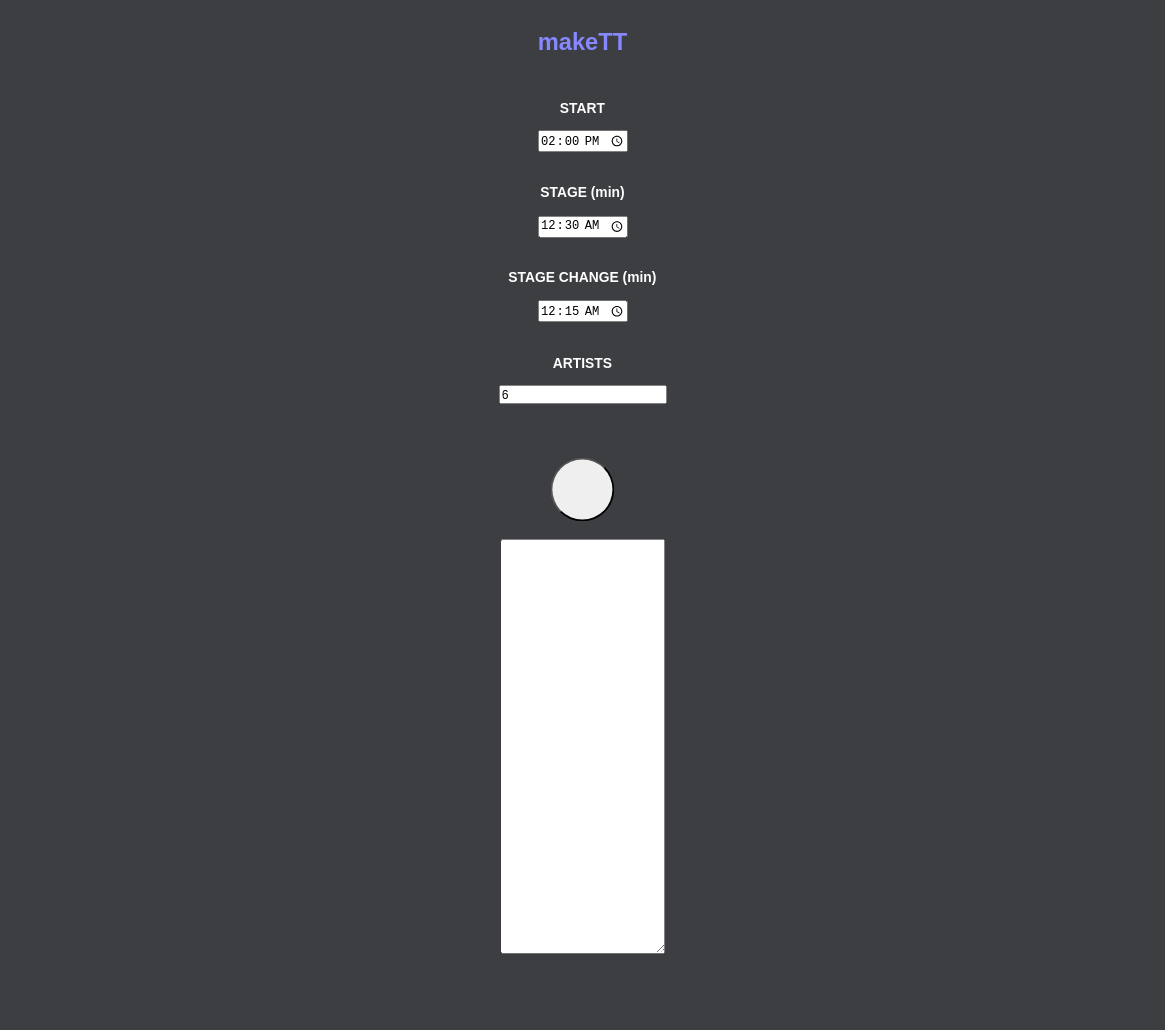
Repository: llll-7/makeTT
Page: index.html
The author's editor kept a record of every edit. The page is drawn from the files as they stood at one moment, then again after the next edit.
The browser window is 1280 px wide. The pictures show the whole page, at 91% of full size.

Above is the page before.

### index.html
<!DOCTYPE html>
<html lang="en">
<head>
    <meta charset="UTF-8">
    <meta name="viewport" content="width=device-width, initial-scale=1.0">
    <meta http-equiv="X-UA-Compatible" content="ie=edge">
    <title>makeTT</title>
    <link rel="stylesheet" href="stylesheet.css">
</head>
<body>
    <div id="wrapper">
        <div id="layout">
            <form name="myform">
                <br>
                <h1 class="makett">makeTT</h1><br>
                <h3 class="white">START</h3>
                <input type="time" id="start" value="14:00"><br><br>
                <h3 class="white">STAGE (min)</h3>
                <input type="time" min="0" id="stage" value="00:30"/><br><br>
                <h3 class="white">STAGE CHANGE (min)</h3>
                <input type="time" min="0" id="change" value="00:15"/><br><br>
                <h3 class="white">ARTISTS</h3>
                <input type="number" min="0" id="artists" value="6"/><br><br><br><br>
                <!--http://web-dsn.com/css/submitbtn_img/-->
                <input type="button" class="button" id="make" value=""></input><br><br>
                <textarea id="tt" rows=30></textarea><br><br><br><br>

            </form>

            <script>

                document.getElementById("make").onclick = function() {

                    const start = document.forms.myform.start.value;
                    const stage = document.forms.myform.stage.value;
                    const change = document.forms.myform.change.value;
                    const artists = document.forms.myform.artists.value;

                    let txt = start + " START\n";
                    for(let i=0; i<artists; i++) {
                        //txt += start+" ~ "+(start + stage*(i+1))+" "+(i+1)+"\n";
                        console.log(start + stage);
                    }

                    document.getElementById("tt").innerHTML = txt;
                };

            </script>

            <br>
        </div>
    </div>
</body>
</html>

### stylesheet.css
@charset "utf-8";

body {
    margin: 0;
	padding: 0;
	font-family: "ヒラギノ角ゴ Pro W3", "Hiragino Kaku Gothic Pro", "メイリオ", Meiryo, Osaka, "ＭＳ Ｐゴシック", "MS PGothic", sans-serif;
	color: #333;
	font-size: 13px;
	line-height: 150%;
}

#wrapper {
	width: 100%;
	margin: auto;
	padding: 0px;
	border: 0px;
	background-color: #3c3e42;
}

#layout {
    position: relative;
    text-align: center
}

.makett {
    color: #8787ff;
}

.white {
    color: white;
}

.button {
    width: 70px;
    height: 70px;
    border-radius: 50%;background-color: #3c3e42"
}

After the next edit:
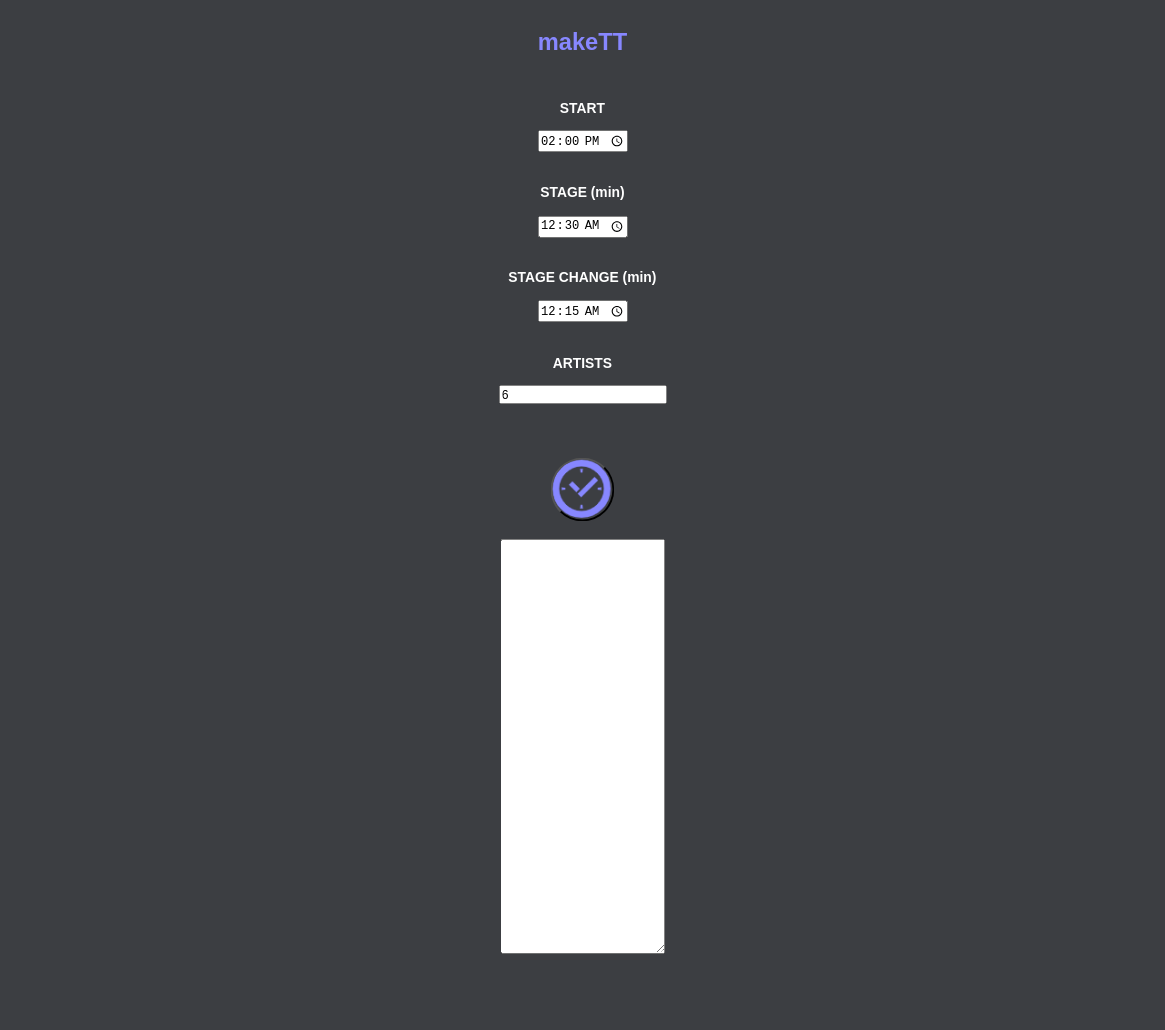
The edit:
--- a/stylesheet.css
+++ b/stylesheet.css
@@ -33,5 +33,7 @@
 .button {
     width: 70px;
     height: 70px;
-    border-radius: 50%;background-color: #3c3e42"
+    border-radius: 50%;
+    background-color: #3c3e42;
+    background: url("./image/makeTT.png") left top no-repeat;
 }
